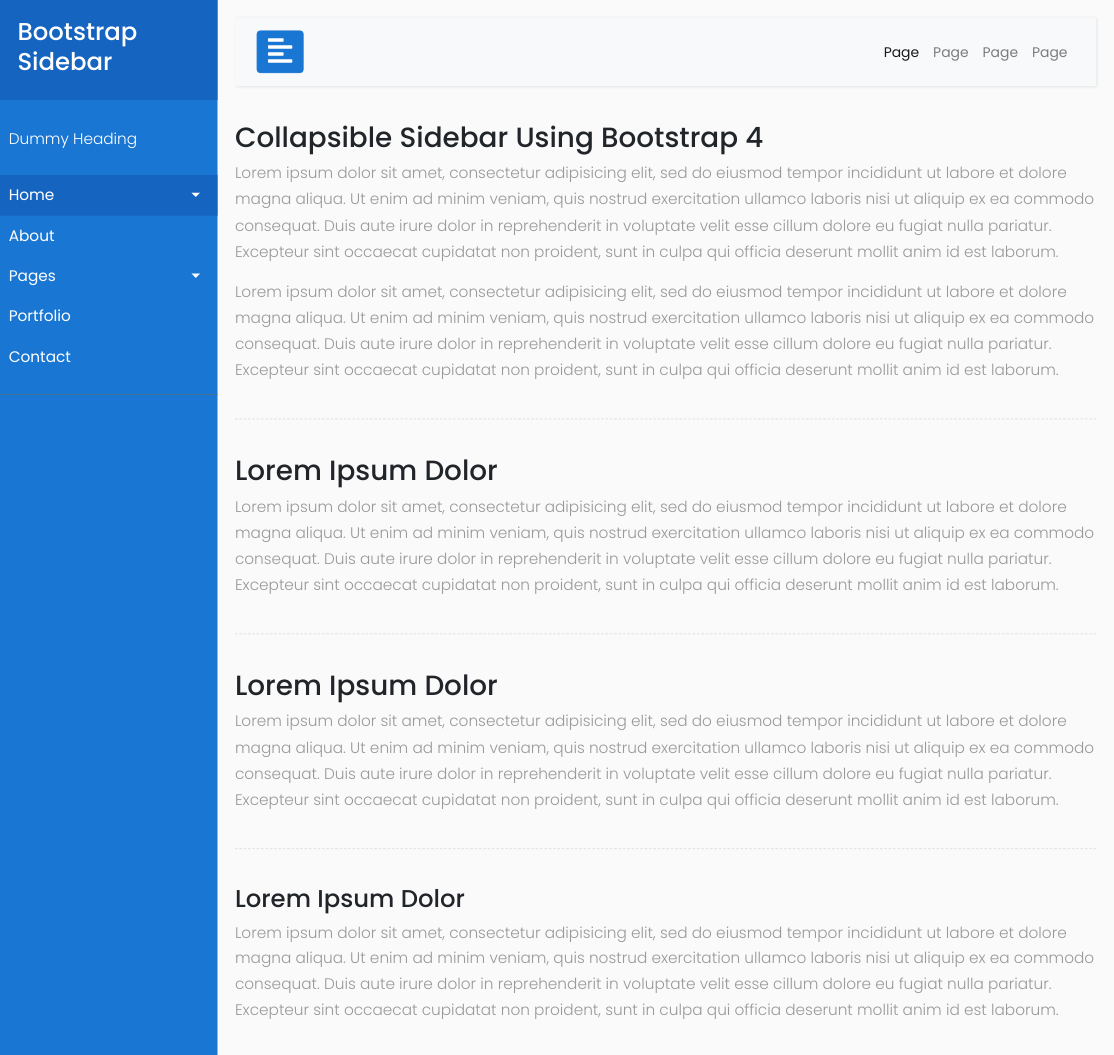
Repository: thiagosfideles/aprendendo-git
Page: http://localhost/
The author's editor kept a record of every edit. The page is drawn from the files as they stood at one moment, then again after the next edit.
The browser window is 1280 px wide. The pictures show the whole page, at 87% of full size.
Some web libraries are served in a nearby version. The page is run by PHP 8.4 with error messages shown; the project is at /var/www/html/.

Above is the page before.

After the next edit:
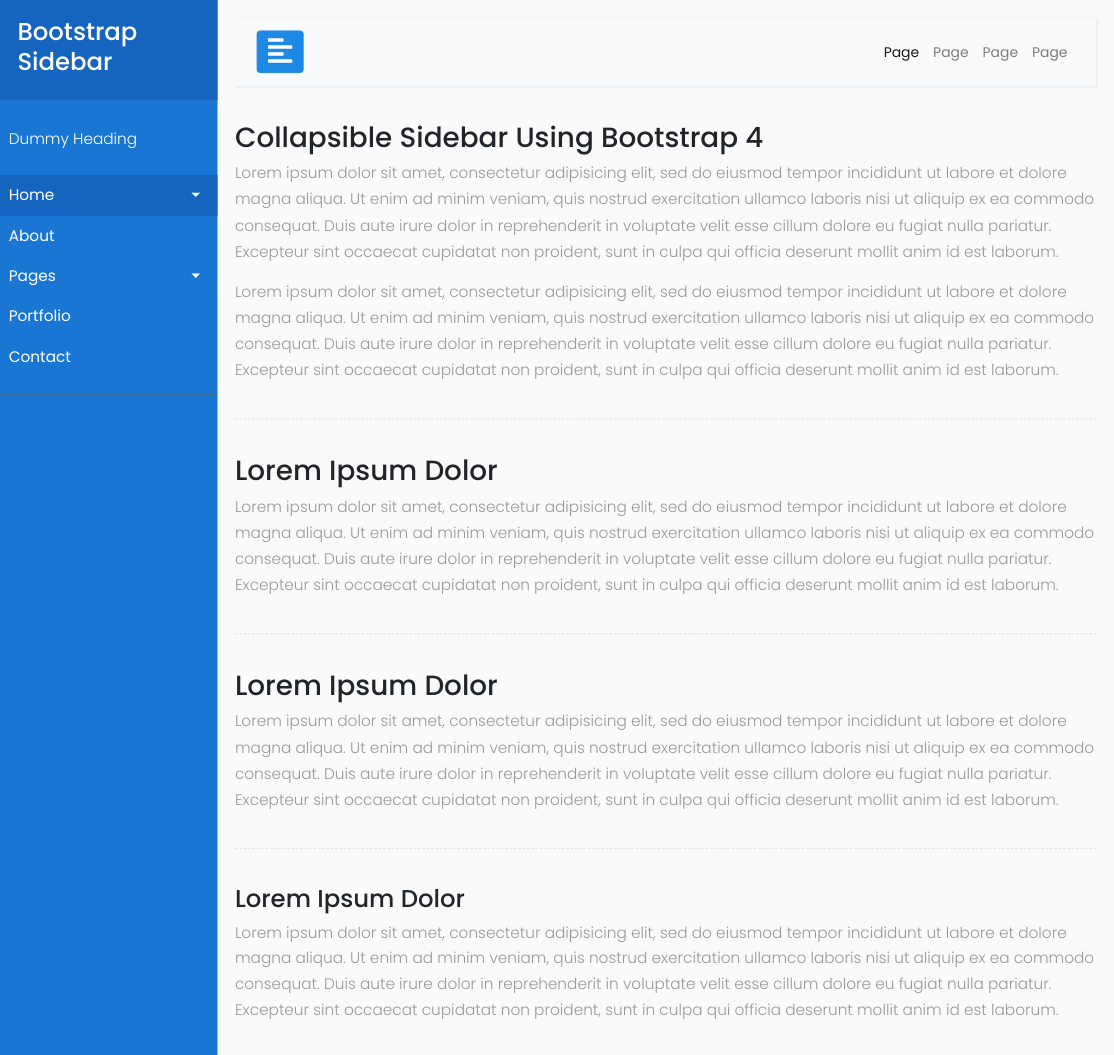
The edit:
--- a/css/style.css
+++ b/css/style.css
@@ -169,8 +169,8 @@
 ----------------------------------------------------- */
 
 .btn-info {
-  background-color: #1976d2;
-  border-color: #1976d2;
+  background-color: #1e88e5;
+  border-color: #1e88e5;
 }
 
 .btn-info:hover {
